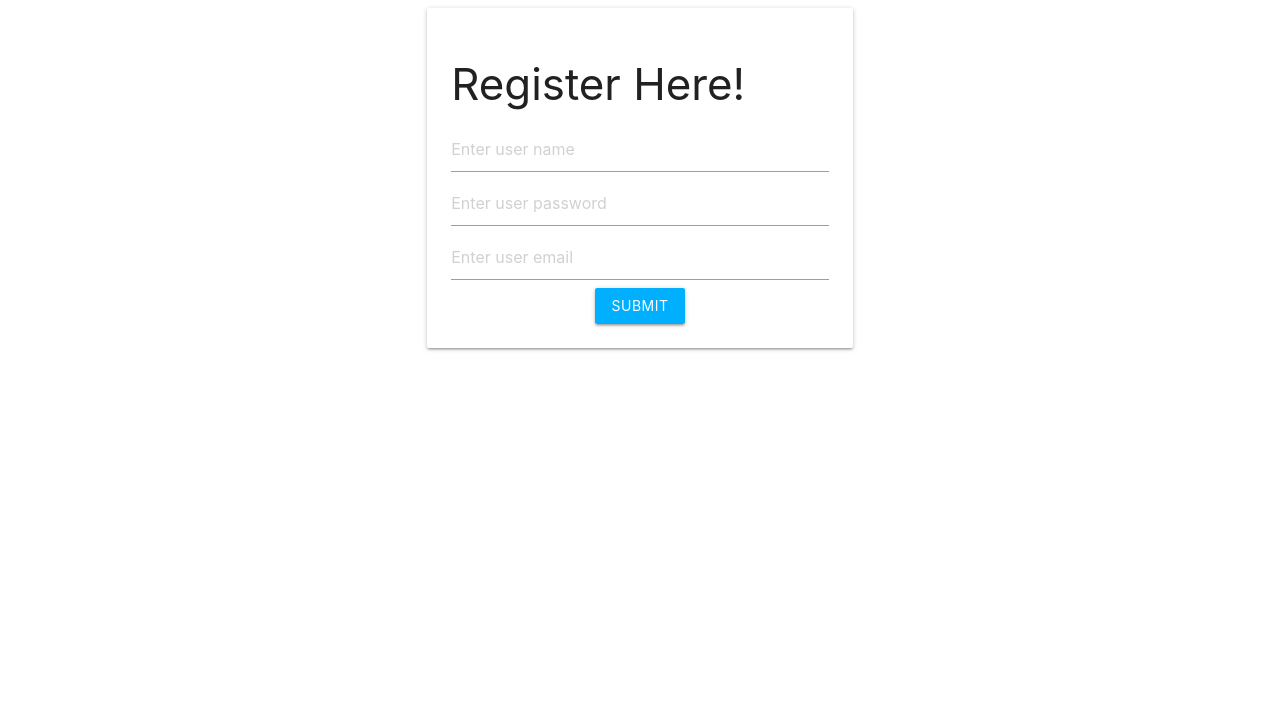
Repository: riddhiwho/Eclipse-Projects
Page: http://localhost/Register/signup.jsp
These files come from the project's save history. The page is drawn as it stood at one moment and after the next save; the edit follows.
The browser window is 1280 px wide. The pictures show the whole page.
The page is served by Tomcat 9.

Above is the page before, as saved 2021-06-05 05:51:05.

After the next save:
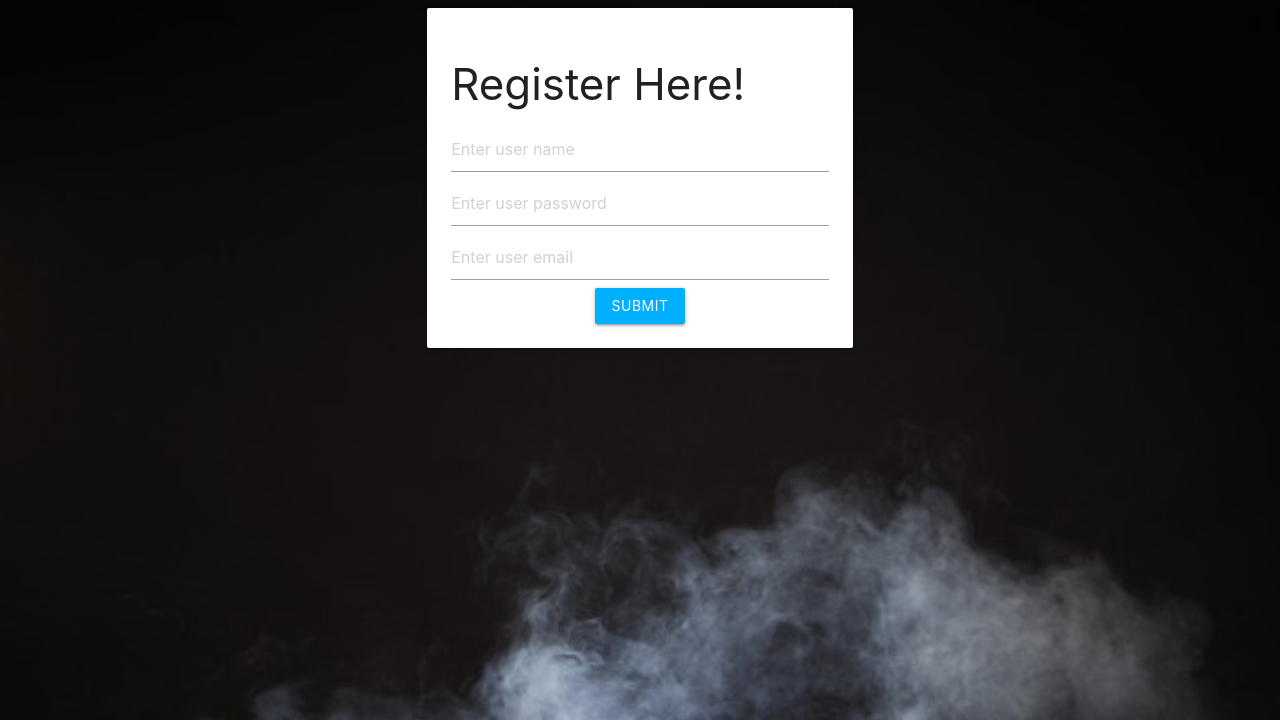
Saved 13 min 26 s later.
--- a/Register/src/main/webapp/signup.jsp
+++ b/Register/src/main/webapp/signup.jsp
@@ -13,7 +13,7 @@
     <script src="https://cdnjs.cloudflare.com/ajax/libs/materialize/1.0.0/js/materialize.min.js"></script>
 
 </head>
-<body>
+<body style="background: url(img/bg.jpg); background-size: cover; background-attachment: fixed;">
 	<div class="container">
 		<div class="row">
 			<div class="col m6 offset-m3">
